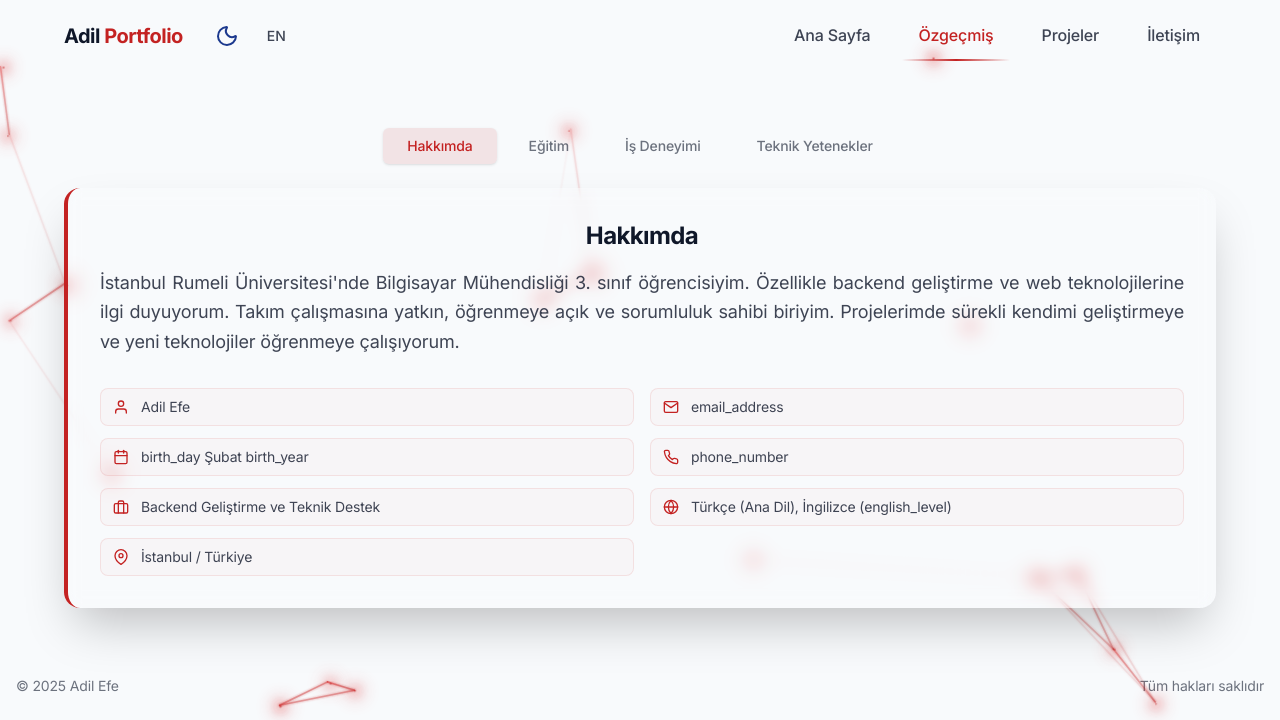
Repository: jusiann/personal-portfolio
Page: /tr/resume (app in my-portfolio/)
The author's editor kept a copy of each file at every save. The page is drawn from the files as they stood at one save, then again after a run of saves.
The browser window is 1280 px wide. The pictures show the whole page.
The project was rebuilt for these pictures with package versions that can differ from the ones it lists, and the page was loaded fresh each time. Also part of the build but not shown: my-portfolio/vite.config.js, my-portfolio/src/components/HomeImage.jsx, my-portfolio/src/components/SocialLinks.jsx, my-portfolio/src/components/HomeCard.jsx, my-portfolio/src/pages/Home.jsx, my-portfolio/src/components/ProjectCard.jsx, my-portfolio/src/pages/Projects.jsx, my-portfolio/src/components/ContactCard.jsx and 2 more.

Above is the page before, as saved 2025-11-23 19:45:02.

After the next 2 saves:
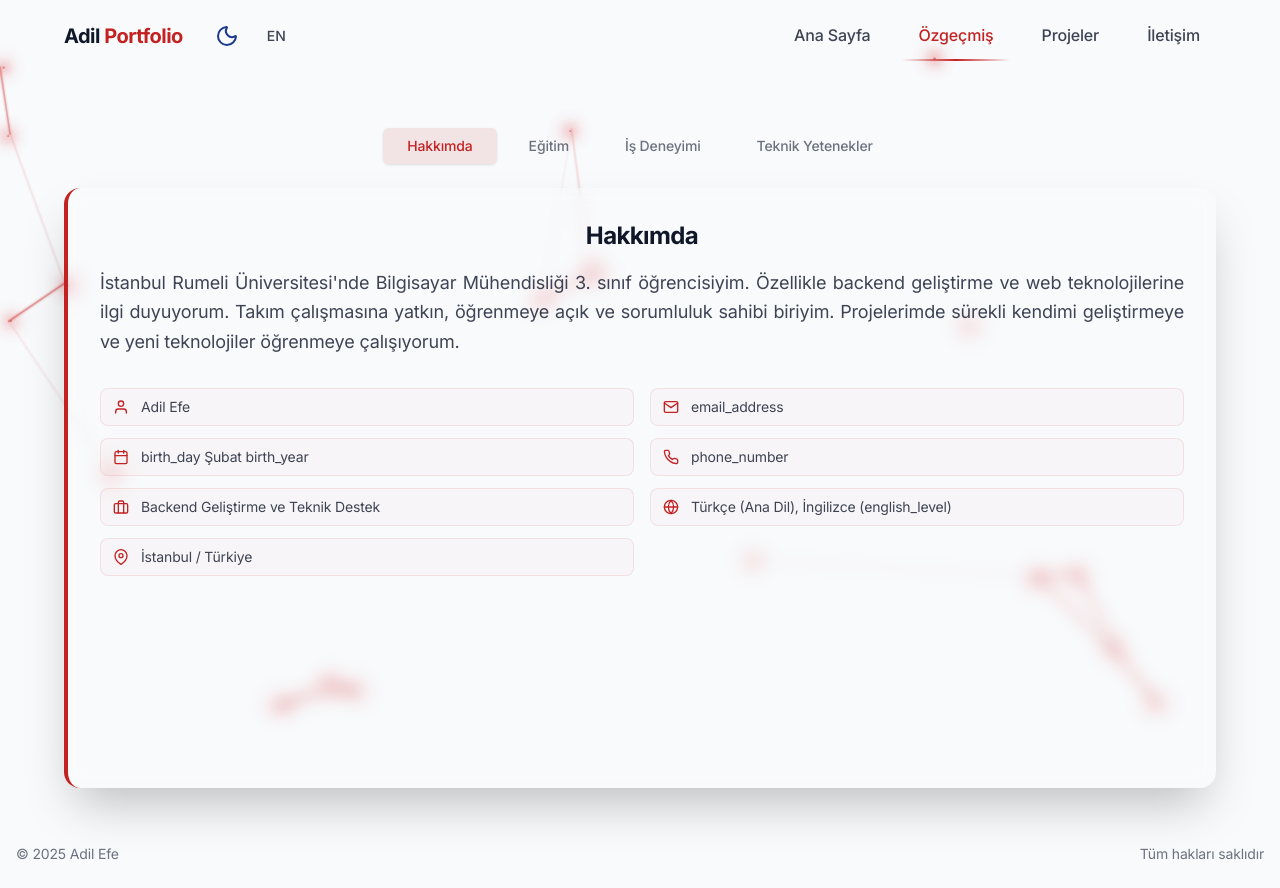
The 2 saves are shown as one change because they came seconds apart.
The last was saved 69 s later.
--- a/my-portfolio/src/components/ResumeCard.jsx
+++ b/my-portfolio/src/components/ResumeCard.jsx
@@ -236,7 +236,7 @@ export const ResumeCard = () => {
         <div className="relative w-[90%] mx-auto min-h-[calc(100vh-8rem)] flex flex-col items-center justify-center pt-32 pb-8">
             <div className="w-full max-w-6xl">
                 {/* Tab Navigation */}
-                <div className="sticky top-24 z-20 mb-6 flex flex-col md:flex-row justify-center gap-2">
+                <div className="mb-6 flex flex-col md:flex-row justify-center gap-2">
                     {tabs.map((tab) => (
                         <button
                             key={tab.id}
@@ -270,7 +270,7 @@ export const ResumeCard = () => {
                     "
                 >
                     {/* Content */}
-                    <div className="p-6 md:p-8">
+                    <div className="p-6 md:p-8 h-[600px] overflow-y-auto">
                         {renderContent()}
                     </div>
                 </div>
